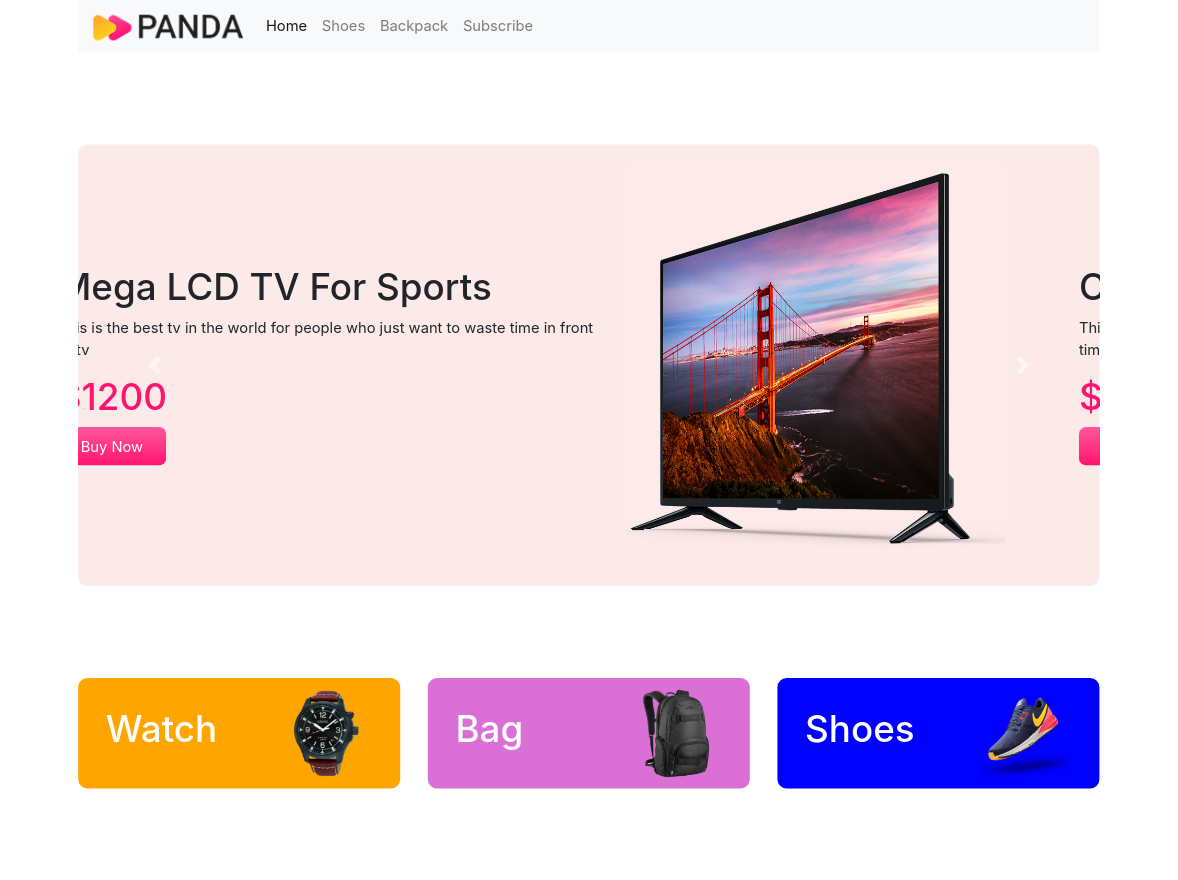
Repository: mohsinfarabi/panda-commerce
Page: index.html
An editor plug-in stored every save of this project. The page is shown before and after the next save, followed by the edit.
The browser window is 1280 px wide. The pictures show the whole page, at 92% of full size.

Above is the page before, as saved 2020-07-07 03:04:21.

### index.html
<!DOCTYPE html>
<html lang="en">

<head>
    <meta charset="UTF-8">
    <meta name="viewport" content="width=device-width, initial-scale=1.0">
    <title>Panda Commerce</title>
    <link rel="stylesheet" href="css/bootstrap/css/bootstrap.min.css">
    <link rel="stylesheet" href="style.css">
</head>

<body>
    <div class="container">
        <nav class="navbar navbar-expand-lg navbar-light bg-light">
            <a class="navbar-brand" href="#"><img src="images/logo.png" alt=""></a>
            <button class="navbar-toggler" type="button" data-toggle="collapse" data-target="#navbarNav" aria-controls="navbarNav" aria-expanded="false" aria-label="Toggle navigation">
              <span class="navbar-toggler-icon"></span>
            </button>
            <div class="collapse navbar-collapse" id="navbarNav">
                <ul class="navbar-nav">
                    <li class="nav-item active">
                        <a class="nav-link" href="#">Home <span class="sr-only">(current)</span></a>
                    </li>
                    <li class="nav-item">
                        <a class="nav-link" href="#shoes">Shoes</a>
                    </li>
                    <li class="nav-item">
                        <a class="nav-link" href="#backpack">Backpack</a>
                    </li>
                    <li class="nav-item">
                        <a class="nav-link" href="#subscribe">Subscribe</a>
                    </li>
                </ul>
            </div>
        </nav>
    </div>
    <div class="container">
        <div id="carouselExampleControls" class="carousel slide orange-bg" data-ride="carousel">
            <div class="carousel-inner">
                <div class="carousel-item active">
                    <div class="row align-items-center">
                        <div class="col-md-7">
                            <h1>Mega LCD TV For Sports</h1>
                            <p>This is the best tv in the world for people who just want to waste time in front of tv</p>
                            <h1 class="price">$1200</h1>
                            <button class="buy-now-button">Buy Now</button>
                        </div>
                        <div class="col-md-5">
                            <img src="images/banner-images/tv.png" class="d-block w-100" alt="...">
                        </div>
                    </div>
                </div>
                <div class="carousel-item">
                    <div class="row align-items-center">
                        <div class="col-md-7">
                            <h1>Cool Dude Headphone</h1>
                            <p>This is the best headdphone in the world for people who just want to waste time in front of funky world.</p>
                            <h1 class="price">$420</h1>
                            <button class="buy-now-button">Buy Now</button>
                        </div>
                        <div class="col-md-5">
                            <img src="images/banner-images/headphone.png" class="d-block w-100" alt="...">
                        </div>
                    </div>
                </div>
                <div class="carousel-item">
                    <div class="row align-items-center">
                        <div class="col-md-7">
                            <h1>Mega LCD TV For Sports</h1>
                            <p>This is the best x-box in the world for people who just want to waste time in front of fake sports.</p>
                            <h1 class="price">$600</h1>
                            <button class="buy-now-button">Buy Now</button>
                        </div>
                        <div class="col-md-5">
                            <img src="images/banner-images/xbox.png" class="d-block w-100" alt="...">
                        </div>
                    </div>
                </div>
            </div>
            <a class="carousel-control-prev" href="#carouselExampleControls" role="button" data-slide="prev">
                <span class="carousel-control-prev-icon" aria-hidden="true"></span>
                <span class="sr-only">Previous</span>
            </a>
            <a class="carousel-control-next" href="#carouselExampleControls" role="button" data-slide="next">
                <span class="carousel-control-next-icon" aria-hidden="true"></span>
                <span class="sr-only">Next</span>
            </a>
        </div>
    </div>

    <div class="container categories">
        <div class="row">
            <div class="col-md-4">
                <div class="d-flex justify-content-between align-items-center cat1">
                    <h1>Watch</h1>
                    <img src="images/categories/watch.png" alt="">
                </div>
            </div>
            <div class="col-md-4">
                <div class="d-flex justify-content-between align-items-center cat2">
                    <h1>Bag</h1>
                    <img src="images/categories/bag.png" alt="">
                </div>
            </div>
            <div class="col-md-4">
                <div class="d-flex justify-content-between align-items-center cat3">
                    <h1>Shoes</h1>
                    <img src="images/categories/shoes.png" alt="">
                </div>
            </div>
        </div>
    </div>

    <div class="container shoes" id="shoes">

    </div>

    <script src="https://code.jquery.com/jquery-3.5.1.slim.min.js" integrity="sha384-DfXdz2htPH0lsSSs5nCTpuj/zy4C+OGpamoFVy38MVBnE+IbbVYUew+OrCXaRkfj" crossorigin="anonymous"></script>
    <script src="https://cdn.jsdelivr.net/npm/popper.js@1.16.0/dist/umd/popper.min.js" integrity="sha384-Q6E9RHvbIyZFJoft+2mJbHaEWldlvI9IOYy5n3zV9zzTtmI3UksdQRVvoxMfooAo" crossorigin="anonymous"></script>
    <script src="https://stackpath.bootstrapcdn.com/bootstrap/4.5.0/js/bootstrap.min.js" integrity="sha384-OgVRvuATP1z7JjHLkuOU7Xw704+h835Lr+6QL9UvYjZE3Ipu6Tp75j7Bh/kR0JKI" crossorigin="anonymous"></script>
</body>

</html>

### style.css
.container {
    margin-bottom: 100px;
}

.orange-bg {
    background-color: #fceae8;
    border-radius: 10px;
}

.carousel-item {
    padding: 20px 40px;
}

.price {
    color: #ff136f;
}

.buy-now-button {
    background-image: linear-gradient(to bottom, #FF589B 0%, #FF136F 100%);
    color: #fff;
    border: none;
    border-radius: 8px;
    padding: 9px 25px;
    cursor: pointer;
}

.cat1,
.cat2,
.cat3 {
    padding: 10px 30px;
    border-radius: 10px;
}

.cat1 {
    background-color: orange;
}

.cat2 {
    background-color: orchid;
}

.cat3 {
    background-color: blue;
}

.categories h1 {
    color: white;
}

.categories img {
    width: 100px;
}

Loaded but not shown: css/bootstrap/css/bootstrap.min.css (library)

After the next save:
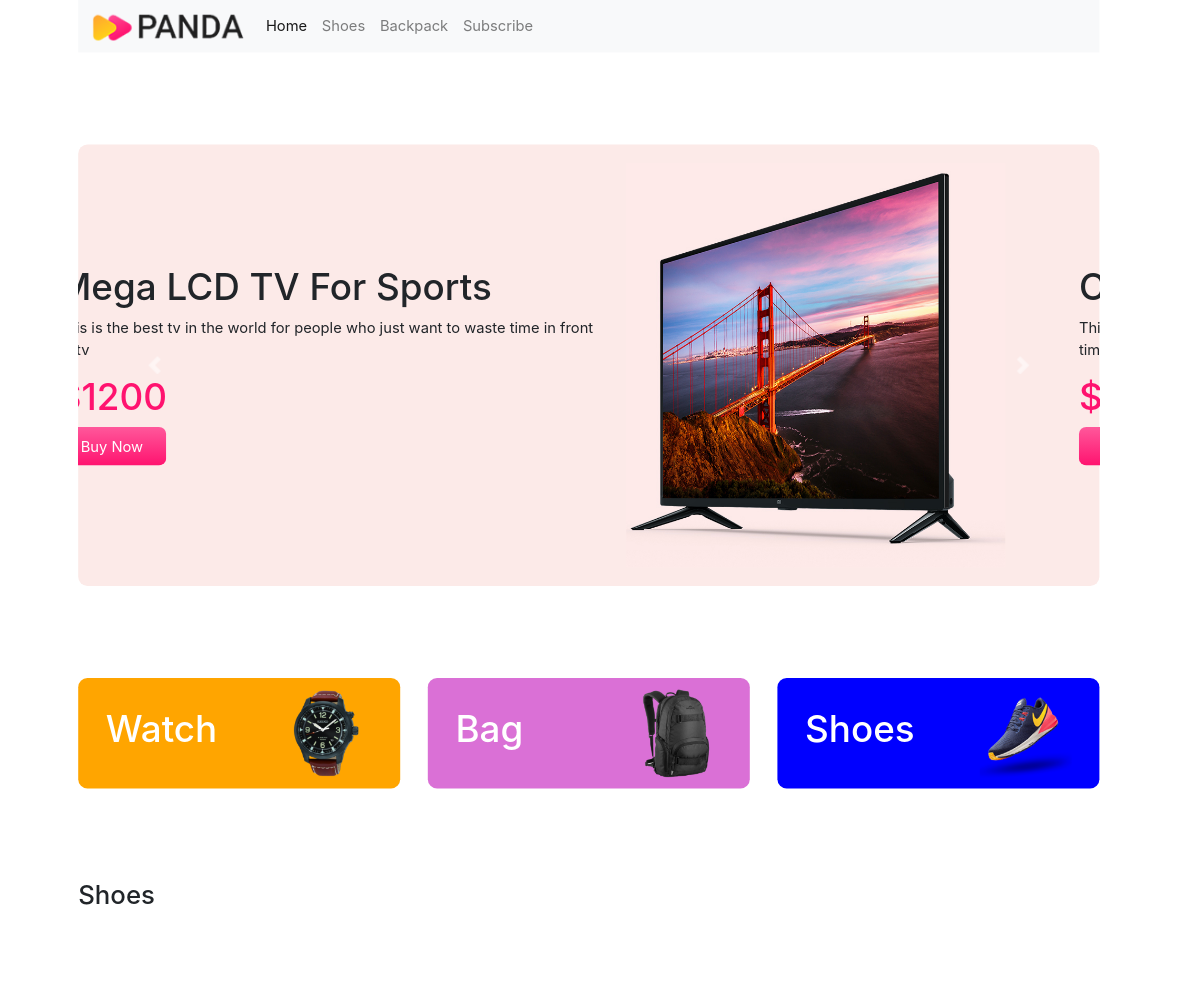
Saved 9 s later.
--- a/index.html
+++ b/index.html
@@ -112,7 +112,7 @@
     </div>
 
     <div class="container shoes" id="shoes">
-
+        <h3>Shoes</h3>
     </div>
 
     <script src="https://code.jquery.com/jquery-3.5.1.slim.min.js" integrity="sha384-DfXdz2htPH0lsSSs5nCTpuj/zy4C+OGpamoFVy38MVBnE+IbbVYUew+OrCXaRkfj" crossorigin="anonymous"></script>
